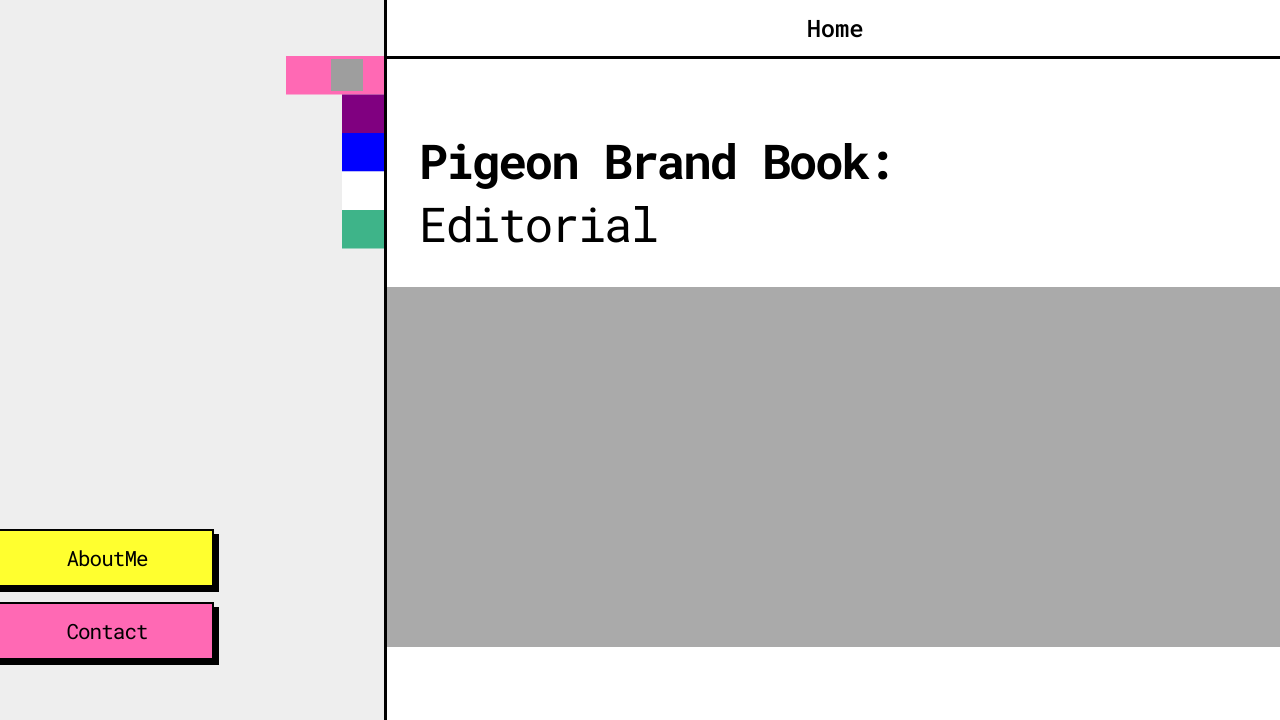
Repository: keesuk/__esuke_
Page: /Pigeon
The author's editor kept a copy of each file at every save. The page is drawn from the files as they stood at one save, then again after the next save.
The browser window is 1280 px wide. The pictures show the whole page.
Pictures or frames that could not be fetched are drawn as grey boxes. The project was rebuilt for these pictures with package versions that can differ from the ones it lists, and the page was loaded fresh each time. Also part of the build but not shown: src/components/_AboutMe.jsx, src/components/_Contact.jsx, src/components/Left.js, src/components/Introduce.js, src/components/FolioList.js, src/pages/_Projects.jsx.

Above is the page before, as saved 2021-02-05 17:45:55.

### public/index.html
<!DOCTYPE html>
<html lang="kr">
  <head>
    <meta charset="utf-8" />
    <link rel="icon" href="%PUBLIC_URL%/favicon.ico" />
    <meta name="viewport" content="width=device-width, initial-scale=1" />
    <meta name="theme-color" content="#000000" />
    <meta
      name="description"
      content="Web site created using create-react-app"
    />
    <link rel="apple-touch-icon" href="%PUBLIC_URL%/logo192.png" />
    <link rel="manifest" href="%PUBLIC_URL%/manifest.json" />
    <title>React App</title>
  </head>
  <body>
    <div id="root"></div>
  </body>
</html>

### src/index.js
import React from 'react';
import ReactDOM from 'react-dom';
import './index.css';
import Root from './client/Root';
import reportWebVitals from './reportWebVitals';
import { createMuiTheme } from '@material-ui/core/styles';


createMuiTheme({
    typography: {
        useNextVariants: true,
        fontFamily: '"Noto Sans KR"'
    }
});

ReactDOM.render(<Root />, document.getElementById('root'));
reportWebVitals();

### src/index.css
@import url(https://fonts.googleapis.com/earlyaccess/notosanskr.css);
@import url(https://fonts.googleapis.com/css2?family=Roboto+Mono:wght@200;300;400;500;600;700&display=swap);

body {
    margin: 0;
    user-select: none;
    font-family: -apple-system, BlinkMacSystemFont, 'Segoe UI', 'Roboto', 'Oxygen','Ubuntu', 'Cantarell', 'Fira Sans', 'Droid Sans', 'Helvetica Neue',sans-serif;
    font-family: 'Roboto Mono', monospace !important;
    -webkit-font-smoothing: antialiased;
    -moz-osx-font-smoothing: grayscale;
    cursor: url("data:[embedded picture, 1918 characters]"), auto;
}

/* font-family: 'Noto Sans KR' !important; */

code {
    font-family: 'source-code-pro', 'Menlo', 'Monaco', 'Consolas', 'Courier New',monospace;
}

button {
    all: unset;
    cursor: url("data:[embedded picture, 2146 characters]"), pointer;
}

a {
    all: unset;
    cursor: url("data:[embedded picture, 2146 characters]"), pointer;
}

a:visited {
    color: inherit;
}

header {
    all: unset;
}

@keyframes effect {
    0%   { opacity: 0; }
    95%  { opacity: 0; }
    100% { opacity: 1; }
};

### src/client/Root.js
import React from "react";
import { BrowserRouter } from "react-router-dom";
import smoothscroll from 'smoothscroll-polyfill';
import App from "../shared/App";


const Root = () => {
    smoothscroll.polyfill()

    return(
        <BrowserRouter>
            <App/>
        </BrowserRouter>
    )
}

export default Root;

### src/shared/App.js
import { Component } from "react";
import { Route } from "react-router-dom";

import Index from "../components/Index"
import Home from "../components/Home"
import Menu from "../components/Menu"
import Left from "../components/Left"

import styled from "styled-components";
import Projects from "../pages/_Projects.jsx";

import { line_1, all_portFolio, app_Div } from "../_data/_Functions.jsx";

const RightDiv = styled.div`
    width: 70vw;
    margin-left: 30vw;
    z-index: 50;
    border-left: ${line_1};
    background-color: #FFF;
    ${app_Div}
`;
const LeftDiv = styled.div`
    width: 30vw;
    z-index: 0;
    background-color: #EEE;
    ${app_Div}
`;

class App extends Component {
    render() {
        return (<>
            <header>
                <Route path="/">
                    <Home/>
                    <Menu/>
                    <Index/>
                </Route>
            </header>
            <RightDiv>
                <Route exact path="/" component={Projects}/>
                {all_portFolio.map(v =>
                <Route
                    path={"/" + v["title"]}
                    key={v["title"]}
                    component={v["componentR"]}
                />)}
            </RightDiv>
            <LeftDiv>
                <Route path="/" component={Left}/>
            </LeftDiv>
        </>)
    }
}

export default App;

### src/components/Index.js
import React from 'react';
import styled from 'styled-components';
import { NavLink } from "react-router-dom";

import { all_portFolio } from '../_data/_Functions.jsx';

const width = 60
const hoverWidth = 140
const border = 4.5
const right = hoverWidth + 15
const height = width-5
const imgWidth = height - (border * 2)
const marginLeft = width

const IndexDiv = styled.div`
    @media all and (min-width:0px) and (max-width:1080px) {transform: scale(0.6, 0.6);}
    @media all and (min-width:1081px) {transform: scale(0.7, 0.7);}
    transform-origin: top right;
    transition: all .2s ;
    position: absolute;
    z-index: 50;
    width: ${width}px;
    margin-left: -${width}px;
    height: 50vh;
    left: 30vw;
    margin-top: 3.5em;
    float: right;

    &:hover {
        @media all and (min-width:0px) and (max-width:1080px) {transform: scale(0.9, 0.9);}
        @media all and (min-width:1081px) {transform: scale(1.0, 1.0);}
    }

    .active {
        width: ${hoverWidth}px;
    }
`;
const IndexContent = styled(NavLink)`
    width: ${width}px;
    height: ${height}px;
    float: right;
    padding: 0;
    white-space: nowrap;
    transition: all .2s ease;
    background-color: ${props => props.color};

    &:hover {
        width: ${hoverWidth}px;
    }
    &:active {
        width: ${hoverWidth + 12}px;
    }
    .img {
        margin-left: ${marginLeft}px;
        border: ${border}px solid ${props => props.color};
        width: ${imgWidth}px;
        height: ${imgWidth}px;
    }
    .title {
        right: ${right}px;
        height: ${height}px;
        transform: translateY(-80%);
        position: absolute;
        font-size: 18px;
        font-weight: 400;
        opacity: 0;
        display: none;
    }
    &:hover .title {
        opacity: 1;
        display: block;
    }
`;

const Index = () => {
    return (
        <IndexDiv>
            {all_portFolio.map(v =>
                <IndexContent
                    to={v["title"]}
                    key={v["title"]}
                    color={v["color"]}
                    activeClassName="active"
                >
                    <img className="img" src={v["img"]} alt={""}/>
                    <div className="title">{v["title"]}</div>
                </IndexContent>
            )}
        </IndexDiv>
    )
}

export default Index;

### src/components/Home.js
import React from 'react';
import styled from 'styled-components';
import { Link } from "react-router-dom";
import { line_1, rainbow } from '../_data/_Functions.jsx';


const HomeButton = styled.button`
    position: fixed;
    z-index: 100;
    border-left: ${line_1};
    border-bottom: ${line_1};
    background-color: white;
    width: 70vw;
    height: 3.5em;
    margin-left: 30vw;

    div {
        display: flex;
        font-size: 1.5em;
        font-weight: 500;
        width: 100%;
        justify-content: center;
        align-items: center;
        letter-spacing: -.01em;
    }
    &:after {
        content: "";
        position: absolute;
        width: 30%;
        height: .15em;
        left: 35%;
        right: 35%;
        top: 50%;
        bottom: 50%;
        visibility: hidden;
        background: ${rainbow};
    }
    &:hover:after {
        visibility: visible;
    }
`;

const Home = () => {
    return(
        <Link to="/">
            <HomeButton>
                <div>Home</div>
            </HomeButton>
        </Link>
    )
}
export default Home;

### src/components/Menu.js
import { Component } from "react";
import styled from 'styled-components';
import AboutMe from "../components/_AboutMe.jsx";
import Contact from "../components/_Contact.jsx";

import { line_3, menu_menu, menu_aboutMe } from '../_data/_Functions.jsx';

const MenuDiv = styled.div`
    position: fixed;
    z-index: 1000;
    display: grid;
    grid-gap: 15px;
    margin-left: -30px;
    bottom: 60px;
`;
const MenuObj = styled.div`
    button {
        padding-left: 30px;
        width: 210px;
        height: 54px;
        border: ${line_3};
        box-shadow: 5px 5px black;

        .open {
            font-weight: 400;
            font-size: 21px;
            width: 210px;
            letter-spacing: -1px;
            text-align: center;
            align-items: auto;
        }
        .close {
            position: absolute;
            color: white;
            z-index: 100;
            margin-left: ${props => props.leftText};
            margin-top: ${props => props.marginText};
            font-size: 12px;
            font-weight: 600;
            white-space: nowrap;
            transform: rotate(-90deg);
        }
    }
    .postIt {
        &:hover {
            text-decoration-line: line-through;
            text-decoration-thickness: 3.5px;
            box-shadow: 6px 6px 6px #999;
        }
        &:active {
            text-decoration-line: line-through;
            text-decoration-thickness: 2px;
            box-shadow: 2px 2px 2px #666;
        }
    }
    .postItAfter {
        width: ${props => props.width};
        box-shadow: none;
        border-right: 0px;

        &:hover {
            box-shadow: -4px 3.5px 3.5px rgba(0, 0, 0, .5);
        }
        &:after {
            content: "";
            position: absolute;
            width: 58px;
            height: ${props => props.height};
            left: ${props => props.left};
            margin-top: ${props => props.margin};
            background-color: black;
        }
        &:hover:after {
            box-shadow: 0em -.1em .8em rgba(0, 0, 0, .3);
        }
        &:before {
            content: "";
            position: absolute;
            left: ${props => props.left};
            margin-top: -29px;
            width: 0;
            height: 0;
            border-style: solid;
            border-width: 58px 58px 0 0;
            border-color: black transparent transparent transparent;
        }
    }
`;

class Menu extends Component {
    constructor(props){
        super(props)
        this.state = {
            menu: {},
            aboutMe: {},
        }
        this.postItHandler = this.postItHandler.bind(this)
        this.postItClose = this.postItClose.bind(this)
        this.postItReorder = this.postItReorder.bind(this)
    }

    componentDidMount(){
        this._menu()
        this._aboutMe()
    }
    _menu(){
        const menuObj = {}

        menu_menu.map(v => Object.assign(menuObj, {
            [v.title] : false
        }))
        this.setState({ menu : menuObj })
    }
    _aboutMe(){
        const aboutMeObj = {}

        menu_aboutMe.map(v => Object.assign(aboutMeObj, {
            [menu_aboutMe.indexOf(v)] : {
                "value": menu_aboutMe.indexOf(v),
                "bool" : false
        }}))
        this.setState({ aboutMe : aboutMeObj })
    }
    postItHandler(v){
        const bool = this.state.menu[v]
        const menuObj = this.state.menu
        const aboutMeObj = this.state.aboutMe

        if(v === "AboutMe"){
            if(bool === true){
                for(let key in aboutMeObj){
                    aboutMeObj[key]["value"] = parseInt(key)
                    aboutMeObj[key]["bool"] = false
            }}else{
                for(let key in aboutMeObj){
                    aboutMeObj[key]["bool"] = true
        }}}
        menuObj[v] = !bool

        this.setState({
            menu : menuObj,
            aboutMe : aboutMeObj
        })
    }
    postItClose(num){
        const aboutMeObj = this.state.aboutMe
        aboutMeObj[num]["bool"] = false

        this.setState({ aboutMe : aboutMeObj })
    }
    postItReorder(num){
        const aboutMeObj = this.state.aboutMe
        const last = Object.keys(aboutMeObj).length-1

        for(let key in aboutMeObj) aboutMeObj[key]["value"]--

        aboutMeObj[num]["value"] = last
        this.setState({ aboutMe : aboutMeObj })
    }


    render(){
        const { menu, aboutMe }  = this.state

        return(<>
            {menu["AboutMe"]
                ? menu_aboutMe.map((v, i) =>
                    aboutMe[i]["bool"]
                    ? <AboutMe
                        close={this.postItClose}
                        order={this.postItReorder}
                        value={aboutMe[i]["value"]}
                        tape={v["tape"]}
                        width={v["width"]}
                        color={v["color"]}
                        borColor={v["borColor"]}
                        content={v["content"]}
                        key={i}
                        num={i}/>
                    : null)
                : null
            }
            {menu["Contact"]
                ? <Contact/>
                : null
            }
            <MenuDiv>
                {menu_menu.map(v =>
                    <MenuObj
                        left={v["left"]}
                        leftText={v["leftText"]}
                        margin={v["margin"]}
                        marginText={v["marginText"]}
                        height={v["height"]}
                        width={v["width"]}
                        key={v["title"]}
                    >
                        <button
                            onClick={()=> this.postItHandler(v["title"])}
                            className={menu[v["title"]] ? "postItAfter": "postIt"}
                            style={{backgroundColor: v["color"]}}
                        >
                            {menu[v["title"]]
                                ? <div className="close">Close All</div>
                                : <div className="open">{v["title"]}</div>
                            }
                        </button>
                    </MenuObj>
                )}
            </MenuDiv>
        </>)
    }
}

export default Menu;

### src/_data/_Functions.jsx
import Pigeon from "../pages/_Pigeon.jsx"
import Ruler from "../pages/_Ruler.jsx"
import Onvoyage from "../pages/_Onvoyage.jsx"
import Gmf from "../pages/_Gmf.jsx"
import Samsara from "../pages/_Samsara.jsx"

import PigeonImg from "./img/Pigeon.png"
import RulerImg from "./img/Ruler.png"
import OnvoyageImg from "./img/Onvoyage.png"
import GmfImg from "./img/Gmf.png"
import SamsaraImg from "./img/Samsara.png"

export const yellow = "#ffff2f"
export const deepYellow = "#ccaa66"

export const purple = "rgba(200, 100, 250, .8)"
export const red = "rgba(250, 100, 250, .8)"
export const cyan = "rgba(100, 250, 250, .8)"
export const green = "rgba(150, 250, 80, .8)"

export const pink = "hotpink"
export const rainbow = "linear-gradient(to right, red, orange, yellow, green, cyan, blue, violet)"

export const paperTexture = "https://media.istockphoto.com/photos/paper-texture-background-picture-id667786998?b=1&k=6&m=667786998&s=612x612&w=0&h=8lcKr0m8Vs8JUUHGa7Dz7CZa5ln-xsD5on7nLFKRg8c="

export const blueS = (opacity) => `rgba(0, 0, 250, ${opacity})`
export const redS = (opacity) => `rgba(250, 60, 0, ${opacity})`
export const greenS = (opacity) => `rgb(0, 250, 0, ${opacity})`

export const line_1 = ".19em solid black"
export const line_2 = ".13em solid"
export const line_3 = "2px solid black"
export const line_4 = "2em solid rgba(250, 250, 0, .8)"

export const app_Div = `
    position: fixed;
    overflow: scroll;
    height: 91vh;
    padding-top: 9vh;
`
export const pages_Margin = `
    margin-left: 2.5vw;
    margin-right: 2.5vw;
`

export const introDiv_introduce = "Keesuk Lee is a graphic Designer and Developer living in Seoul, S.Korea."

export const projects_link = [
    {
        "title" : "Instagram",
        "link" : "https://www.instagram.com/keesukeeeeee/",
        "color": "#F58529, #DD2A7B, #8134AF, #515BD4"
    },{
        "title" : "Github",
        "link" : "https://github.com/keesuk",
        "color": "#216e39, #30a14e, #40c463"
    }
]
export const all_portFolio = [
    {
        "title": "Pigeon",
        "category": "Editorial",
        "color" : "hotpink",
        "img" : PigeonImg,
        "componentR" : Pigeon,
        "componentL" : null,
    },{
        "title": "Samsara",
        "category": "Poster",
        "color" : "purple",
        "img" : SamsaraImg,
        "componentR" : Samsara,
        "componentL" : null,
    },{
        "title": "Ruler",
        "category": "Editorial",
        "color" : "blue",
        "img" : RulerImg,
        "componentR" : Ruler,
        "componentL" : null,
    },{
        "title": "on Voyage",
        "category": "VR UI/UX",
        "color" : "white",
        "img" : OnvoyageImg,
        "componentR" : Onvoyage,
        "componentL" : null,
    },{
        "title": "GMF Festival",
        "category": "Branding",
        "color" : "#3EB489",
        "img" : GmfImg,
        "componentR" : Gmf,
        "componentL" : null,
    },
]
export const menu_menu = [
    {
        "title" : "AboutMe",
        "color": yellow,
        "left" : "122px",
        "leftText" : "86px",
        "height" : "66px",
        "margin" : "-95px",
        "marginText" : "-57px",
        "width" : "90px"
    }, {
        "title" : "Contact",
        "color": pink,
        "left" : "48px",
        "leftText" : "13px",
        "height" : "139px",
        "margin" : "-168px",
        "marginText" : "-130px",
        "width" : "16px"
    }
]
export const menu_aboutMe = [
    {
        "content" : "",
        "width" : "300px",
        "color" : "white",
        "borColor" : "#aaa",
        "tape" : {
            "angle" : randomize([-30, -20, -10, -5, 2, 10, 20, 30]),
            "color" : randomize([purple, red]),
            "length" :"80px",
        }
    },{
        "content" : "",
        "width" : "300px",
        "color" : "white",
        "borColor" : "#aaa",
        "tape" : {
            "angle" : randomize([-36, -27, -13, -7, 5, 13, 27, 36]),
            "color" : randomize([cyan, green]),
            "length" : "160px",
        }
    },{
        "content" : "",
        "width" : "200px",
        "color" : yellow,
        "borColor" : deepYellow,
        "tape" : null,
    },{
        "content" : "",
        "width" : "200px",
        "color" : yellow,
        "borColor" : deepYellow,
        "tape" : null,
    },{
        "content" : "",
        "width" : "200px",
        "color" : yellow,
        "borColor" : deepYellow,
        "tape" : null,
    },{
        "content" : "",
        "width" : "200px",
        "color" : yellow,
        "borColor" : deepYellow,
        "tape" : null,
    },{
        "content" : "",
        "width" : "200px",
        "color" : yellow,
        "borColor" : deepYellow,
        "tape" : null,
    },{
        "content" : "",
        "width" : "200px",
        "color" : yellow,
        "borColor" : deepYellow,
        "tape" : null,
    }
]


export function randomize(items) {
    const item = items[Math.floor(Math.random() * items.length)]
    return item
}

export function change(items) {
    let i = 0

    function changeRe(items){
        i = (i+1) % items.length
        return items[i]
    }
    return changeRe(items)
}

export function move(arr, from, to){
    return arr.splice(to, 0, arr.splice(from, 1)[0])
}

export function findObject(obj, boolean) {
    let arr = obj

    if (!Array.isArray(arr)) arr = Object.values(arr)

    return arr.find((value) => {
        return value.bool === boolean
    })
}

### src/pages/_Pigeon.jsx
import styled from 'styled-components';

const TitleDiv = styled.div`
    margin-left: 2.5vw;
    margin-right: 2.5vw;
    margin-bottom: 2.5vw;
    margin-top: 5vw;
    font-size: 3em;
    font-weight: 400;
    letter-spacing: -.05em;
`;
const TitlePicDiv = styled.div`
    background-color: #aaa;
    width: 100%;
    height: 50vh;
`;
const _Pigeon = () => {
    return(<>
        <TitleDiv>
            <strong>Pigeon Brand Book:</strong> <br/>
            Editorial
        </TitleDiv>
        <TitlePicDiv/>
    </>)
}

export default _Pigeon;

### src/pages/_Ruler.jsx
const Ruler = () => {
    return(
        null
    )
}

export default Ruler;

### src/pages/_Onvoyage.jsx
const _Onvoyage = () => {
    return(
        null
    )
}

export default _Onvoyage;

### src/pages/_Gmf.jsx
const _Gmf = () => {
    return(
        null
    )
}

export default _Gmf;

### src/pages/_Samsara.jsx
const Samsara = () => {
    return(
        null
    )
}

export default Samsara;

Loaded but not shown: src/reportWebVitals.js (common file)

After the next save:
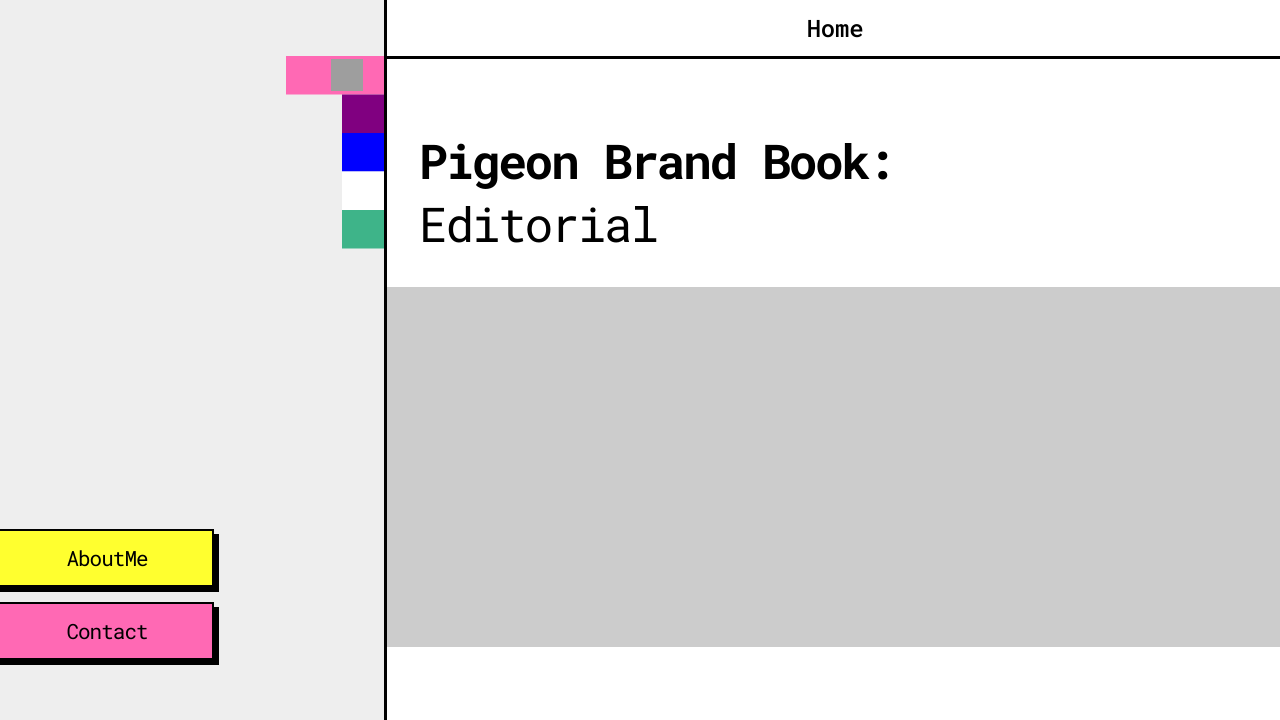
Saved 6 s later.
--- a/src/pages/_Pigeon.jsx
+++ b/src/pages/_Pigeon.jsx
@@ -10,7 +10,7 @@
     letter-spacing: -.05em;
 `;
 const TitlePicDiv = styled.div`
-    background-color: #aaa;
+    background-color: #ccc;
     width: 100%;
     height: 50vh;
 `;
